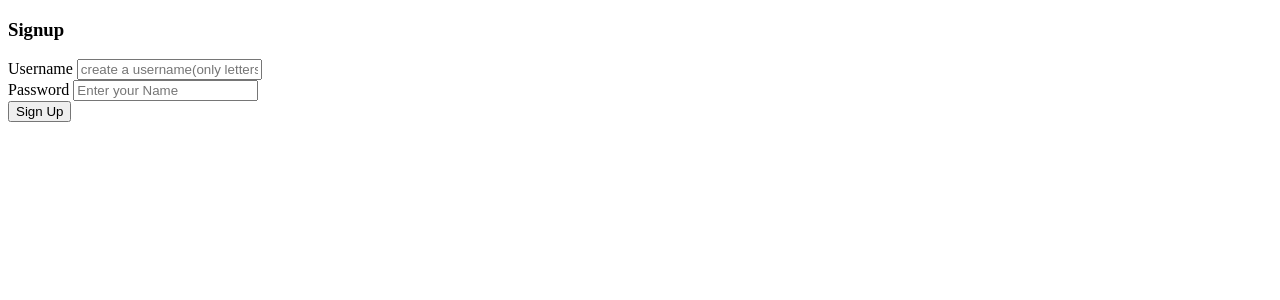
Repository: DHYEY3559/CVM-Project
Page: http://localhost/signin
The author's editor kept a copy of each file at every save. The page is drawn from the files as they stood at one save, then again after the next save.
The browser window is 1280 px wide. The pictures show the whole page.
The page is served by the project's application, run on Django 5.2 (manage.py).

Above is the page before, as saved 2024-06-24 14:21:19.

After the next save:
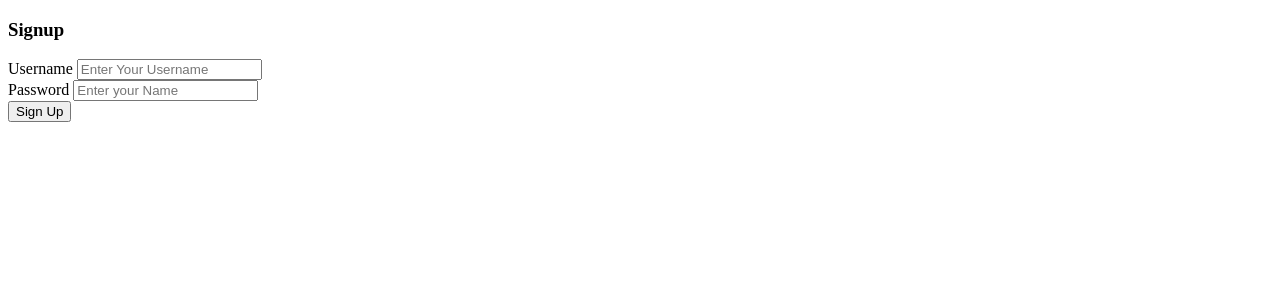
Saved 72 s later.
--- a/Login website/templates/auth/signin.html
+++ b/Login website/templates/auth/signin.html
@@ -17,10 +17,10 @@
         <form action="/signup" method="post">
             {% csrf_token %}
             <label for="">Username</label>
-            <input type="text" id="username" name="username" placeholder="create a username(only letters and numbers)">
+            <input type="text" id="username" name="username" placeholder="Enter Your Username" required>
             <br>
             <label for="">Password</label>
-            <input type="password" id="password" name="password" placeholder="Enter your Name">
+            <input type="password" id="pass1" name="pass1" placeholder="Enter your Name" required>
             <br>
             <button type="submit">Sign Up</button>
         </form>
